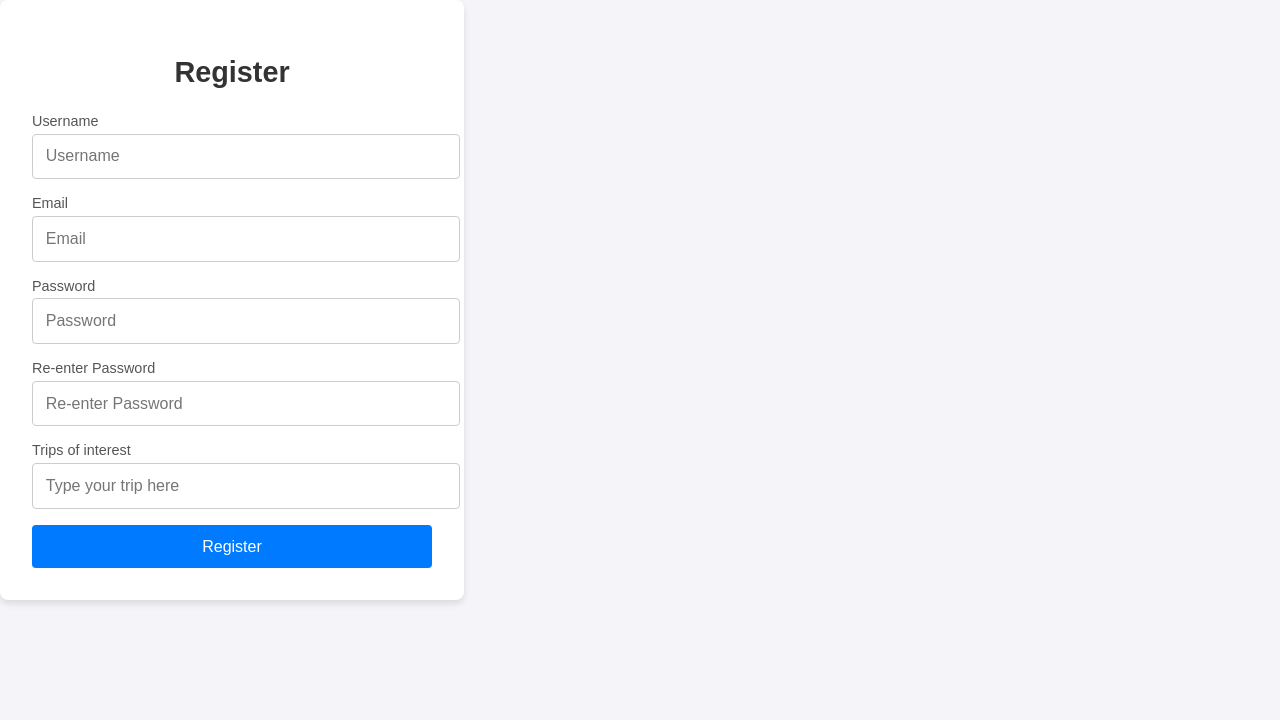
Repository: Nuttawut-Amattong/outtrip
Page: /register (app in OutTrip/)
The author's editor kept a copy of each file at every save. The page is drawn from the files as they stood at one save, then again after the next save.
The browser window is 1280 px wide. The pictures show the whole page.
The project was rebuilt for these pictures with package versions that can differ from the ones it lists, and the page was loaded fresh each time. Also part of the build but not shown: OutTrip/vite.config.js, OutTrip/src/pages/Login.jsx, OutTrip/src/pages/Forgetpass.jsx.

Above is the page before, as saved 2025-05-19 00:49:07.

### OutTrip/src/main.jsx
import { StrictMode } from 'react';
import { createRoot } from 'react-dom/client';
import { BrowserRouter, Routes, Route } from 'react-router-dom';
import Login from './pages/Login.jsx';
import Register from './pages/Register.jsx';
import Forgetpass from './pages/Forgetpass.jsx';

createRoot(document.getElementById('root')).render(
  <StrictMode>
    <BrowserRouter>
      <Routes>
        <Route path="/" element={<Login />} />
        <Route path="/register" element={<Register />} />
        <Route path="/forgot-password" element={<Forgetpass />} />
      </Routes>
    </BrowserRouter>
  </StrictMode>
);

### OutTrip/src/pages/Register.jsx
import React, { useState } from 'react';
import '../CSS/register.css';
const Register = () => {
    const [formData, setFormData] = useState({
        username: '',
        email: '',
        password: '',
        rePassword: '',
        trip: ''
    });

    const [error, setError] = useState('');

    const handleChange = (e) => {
        const { name, value } = e.target;
        setFormData({
            ...formData,
            [name]: value,
        });
        setError('');
    };

    const handleSubmit = (e) => {
        e.preventDefault();

        if (formData.password !== formData.rePassword) {
            setError('Passwords do not match');
            return;
        }

        console.log('Registering user:', formData);

    };

    return (
        <div className="register-container">
            <h2>Register</h2>
            <form onSubmit={handleSubmit}>
                <div>
                    <label htmlFor="username">Username</label>
                    <input
                        type="text"
                        id="username"
                        name="username"
                        value={formData.username}
                        onChange={handleChange}
                        placeholder="Username"
                        required
                    />
                </div>
                <div>
                    <label htmlFor="email">Email</label>
                    <input
                        type="email"
                        id="email"
                        name="email"
                        value={formData.email}
                        onChange={handleChange}
                        placeholder="Email"
                        required
                    />
                </div>
                <div>
                    <label htmlFor="password">Password</label>
                    <input
                        type="password"
                        id="password"
                        name="password"
                        value={formData.password}
                        onChange={handleChange}
                        placeholder="Password"
                        required
                    />
                </div>
                <div>
                    <label htmlFor="rePassword">Re-enter Password</label>
                    <input
                        type="password"
                        id="rePassword"
                        name="rePassword"
                        placeholder="Re-enter Password"
                        value={formData.rePassword}
                        onChange={handleChange}
                        required
                    />
                </div>
                <div>
                    <label htmlFor="trip">Trips of interest</label>
                    <input
                        type="text"
                        id="trip"
                        name="trip"
                        value={formData.trip || ''}
                        onChange={(e) => setFormData({...formData, trip: e.target.value})}
                        placeholder="Type your trip here"
                        required
                    />
                </div>
                {error && <p style={{ color: 'red' }}>{error}</p>}  {/* แสดง error */}
                <button type="submit">Register</button>
            </form>
        </div>
    );
};

export default Register;

### OutTrip/src/CSS/login.css
body {
    font-family: Arial, sans-serif;
    margin: 0;
    padding: 0;
    background-color: #f4f4f9;
    display: block;
}

.login-container {
    background-color: #ffffff;
    padding: 2rem;
    border-radius: 0 8px 8px 0;
    box-shadow: 4px 0 10px rgba(0, 0, 0, 0.1);
    width: 100%;
    max-width: 320px;
    height: 100vh;
    box-sizing: border-box;
    position: fixed;
    left: 0;
    top: 0;
}

.login-container h1 {
    font-size: 1.8rem;
    margin-bottom: 1.5rem;
    color: #333333;
    text-align: center;
}

.login-container form {
    display: flex;
    flex-direction: column;
}

.login-container label {
    font-size: 0.9rem;
    margin-bottom: 0.5rem;
    color: #555555;
}

.login-container input[type="text"],
.login-container input[type="user"],
.login-container input[type="password"] {
    padding: 0.8rem;
    margin-bottom: 1rem;
    border: 1px solid #cccccc;
    border-radius: 4px;
    font-size: 1rem;
}

.login-container input[type="text"]:focus,
.login-container input[type="userl"]:focus,
.login-container input[type="password"]:focus {
    border-color: #007bff;
    outline: none;
}

.login-container button {
    padding: 0.8rem;
    background-color: #007bff;
    color: #ffffff;
    border: none;
    border-radius: 4px;
    font-size: 1rem;
    cursor: pointer;
    transition: background-color 0.3s ease;
}

.login-container button:hover {
    background-color: #0056b3;
}

.login-container .forgot-password {
    margin-top: 1rem;
    text-align: center;
}

.login-container .forgot-password a {
    color: #007bff;
    text-decoration: none;
    font-size: 0.9rem;
}

.login-container .forgot-password a:hover {
    text-decoration: underline;
}

.login-links {
    margin-top: 1rem;
    text-align: center;
    font-size: 0.85rem;
    color: #333333;
    display: flex;
    flex-direction: column;
    gap: 0.5rem;
}

.login-links a {
    color: inherit;
    text-decoration: none;
    cursor: pointer;
}

.login-links a:hover {
    text-decoration: underline;
}

### OutTrip/src/CSS/register.css
body {
    font-family: Arial, sans-serif;
    margin: 0;
    padding: 0;
    background-color: #f4f4f9;
    display: flex;
    justify-content: center;
    align-items: center;
    height: 100vh;
}

.register-container {
    background-color: #ffffff;
    padding: 2rem;
    border-radius: 8px;
    box-shadow: 0 4px 6px rgba(0, 0, 0, 0.1);
    width: 100%;
    max-width: 400px;
}

.register-container h2 {
    font-size: 1.8rem;
    margin-bottom: 1.5rem;
    color: #333333;
    text-align: center;
}

.register-container form {
    display: flex;
    flex-direction: column;
}

.register-container label {
    font-size: 0.9rem;
    margin-bottom: 0.3rem;
    color: #555555;
    display: block;
}

.register-container input[type="text"],
.register-container input[type="email"],
.register-container input[type="password"] {
    padding: 0.8rem;
    margin-bottom: 1rem;
    border: 1px solid #cccccc;
    border-radius: 4px;
    font-size: 1rem;
    display: block;
    width: 100%;
}
.register-container input[type="text"]:focus,
.register-container input[type="email"]:focus,
.register-container input[type="password"]:focus {
    border-color: #007bff;
    outline: none;
}

.register-container button {
    padding: 0.8rem;
    background-color: #007bff;
    color: #ffffff;
    border: none;
    border-radius: 4px;
    font-size: 1rem;
    cursor: pointer;
    transition: background-color 0.3s ease;
}

.register-container button:hover {
    background-color: #0056b3;
}

.register-container p {
    margin-top: -0.5rem;
    margin-bottom: 1rem;
    font-size: 0.9rem;
}

### OutTrip/src/CSS/forgetpass.css
body {
    font-family: Arial, sans-serif;
    margin: 0;
    padding: 0;
    background-color: #f4f4f9;
    display: block;
}


.forgetpass-container {
    background-color: #ffffff;
    padding: 2rem;
    border-radius: 0 8px 8px 0;
    box-shadow: 4px 0 10px rgba(0, 0, 0, 0.1);
    width: 100%;
    max-width: 400px;
    height: 100vh;
    box-sizing: border-box;
    position: fixed;
    left: 0;
    top: 0;
}

.forgetpass-title {
    font-size: 1.5rem;
    font-weight: 600;
    color: #333;
    margin-bottom: 20px;
}

.forgetpass-form {
    width: 100%;
    display: flex;
    flex-direction: column;
}

.forgetpass-label {
    font-size: 0.9rem;
    color: #444;
    margin-bottom: 6px;
}

.forgetpass-input {
    padding: 10px;
    font-size: 1rem;
    border: 1px solid #ccc;
    border-radius: 5px;
    margin-bottom: 16px;
    outline: none;
    transition: border 0.2s;
}

.forgetpass-input:focus {
    border-color: #999;
}

.forgetpass-btn {
    background-color: #333;
    color: #fff;
    font-size: 1rem;
    font-weight: 500;
    border: none;
    border-radius: 5px;
    padding: 10px 0;
    cursor: pointer;
    transition: background-color 0.2s;
}

.forgetpass-btn:hover {
    background-color: #222;
}

.forgetpass-link {
    margin-top: 14px;
    font-size: 0.85rem;
    color: #666;
    text-align: center;
    text-decoration: none;
}

.forgetpass-link:hover {
    text-decoration: underline;
}

Loaded but not shown: OutTrip/index.html (common file)

After the next save:
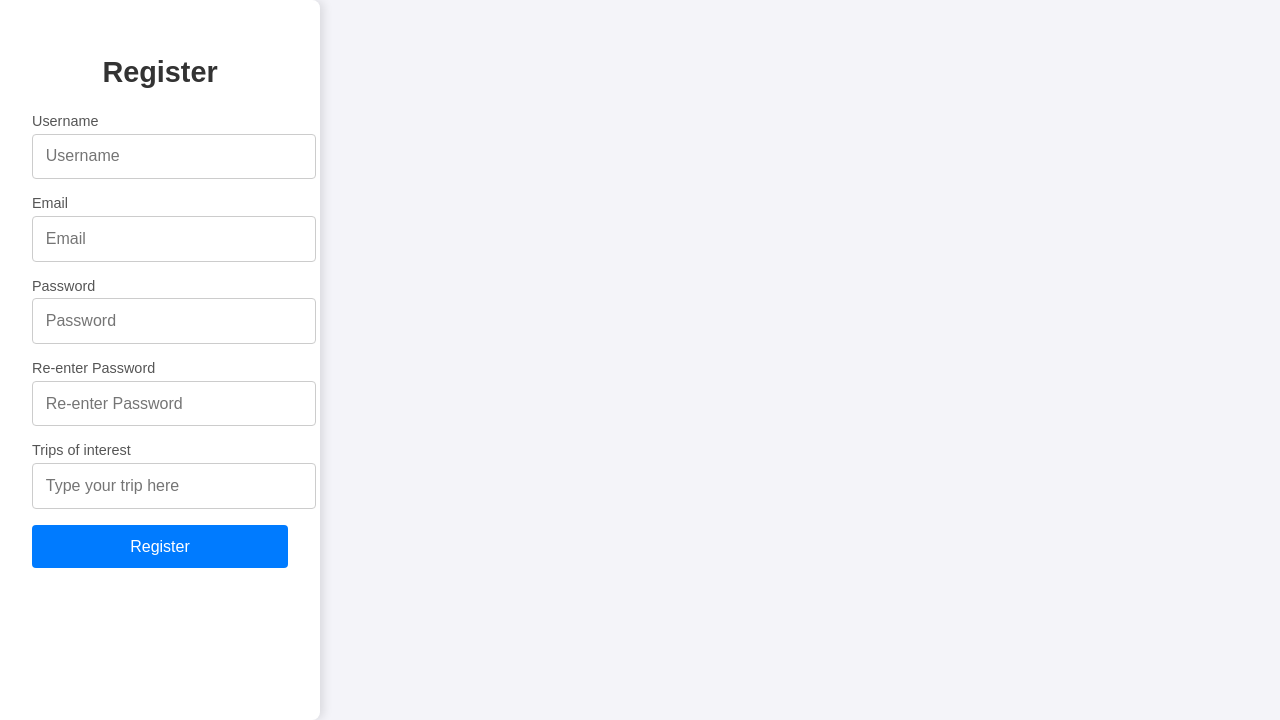
Saved 8 s later.
--- a/OutTrip/src/CSS/register.css
+++ b/OutTrip/src/CSS/register.css
@@ -10,12 +10,17 @@ body {
 }
 
 .register-container {
-    background-color: #ffffff;
+     background-color: #ffffff;
     padding: 2rem;
-    border-radius: 8px;
-    box-shadow: 0 4px 6px rgba(0, 0, 0, 0.1);
+    border-radius: 0 8px 8px 0;
+    box-shadow: 4px 0 10px rgba(0, 0, 0, 0.1);
     width: 100%;
-    max-width: 400px;
+    max-width: 320px;
+    height: 100vh;
+    box-sizing: border-box;
+    position: fixed;
+    left: 0;
+    top: 0;
 }
 
 .register-container h2 {
